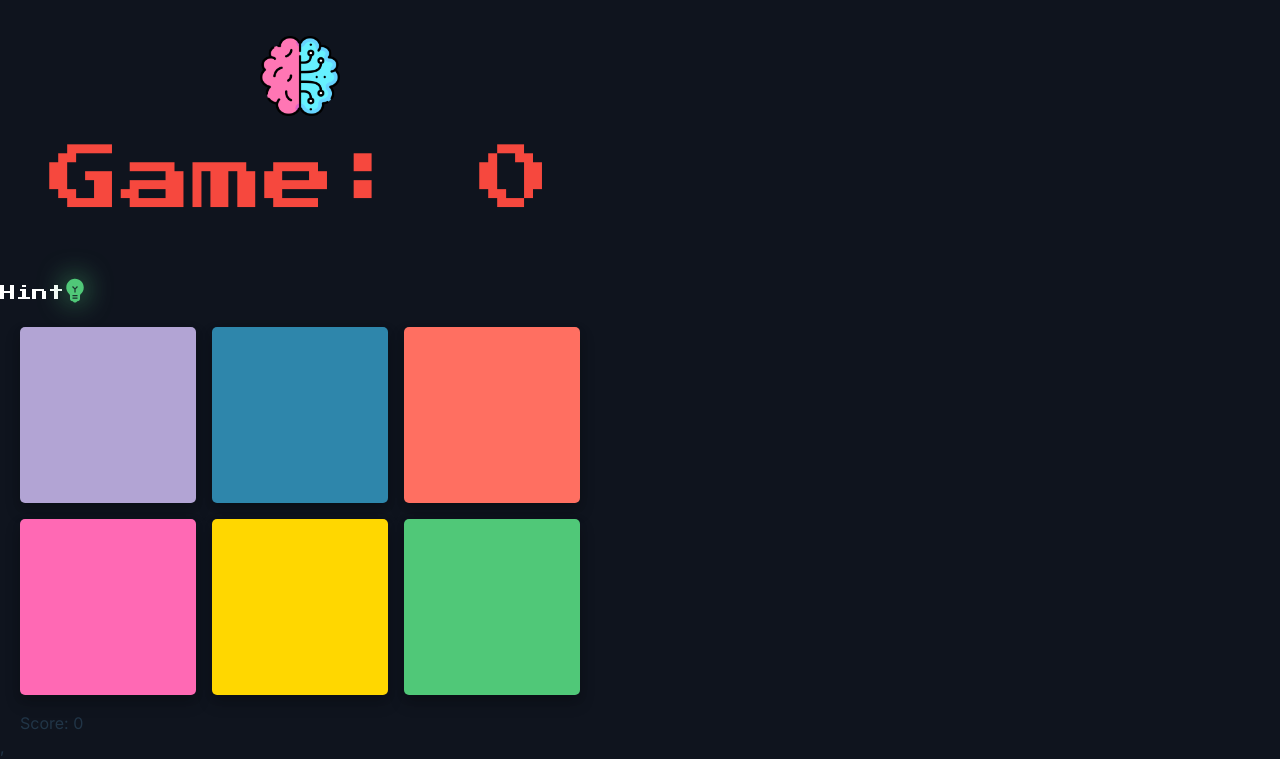
Repository: Shenixo/Color_match_game
Page: /game_play
The author's editor kept a copy of each file at every save. The page is drawn from the files as they stood at one save, then again after a run of saves.
The browser window is 1280 px wide. The pictures show the whole page.
The project was rebuilt for these pictures with package versions that can differ from the ones it lists, and the page was loaded fresh each time. Also part of the build but not shown: vite.config.js, src/Components/Tab/Tab.css, src/Components/Tab/Tab.jsx, src/Pages/Home/Home.jsx, src/Pages/Rules/Rules.css, src/Pages/Rules/Rules.jsx, src/Pages/Sound/Sound.jsx. Imported but missing from the stored project, and not drawn on this page: src/assets/button_clicks.wav, src/assets/game_theme_sound.mp4.

Above is the page before, as saved 2025-02-04 02:16:54.

After the next 4 saves:
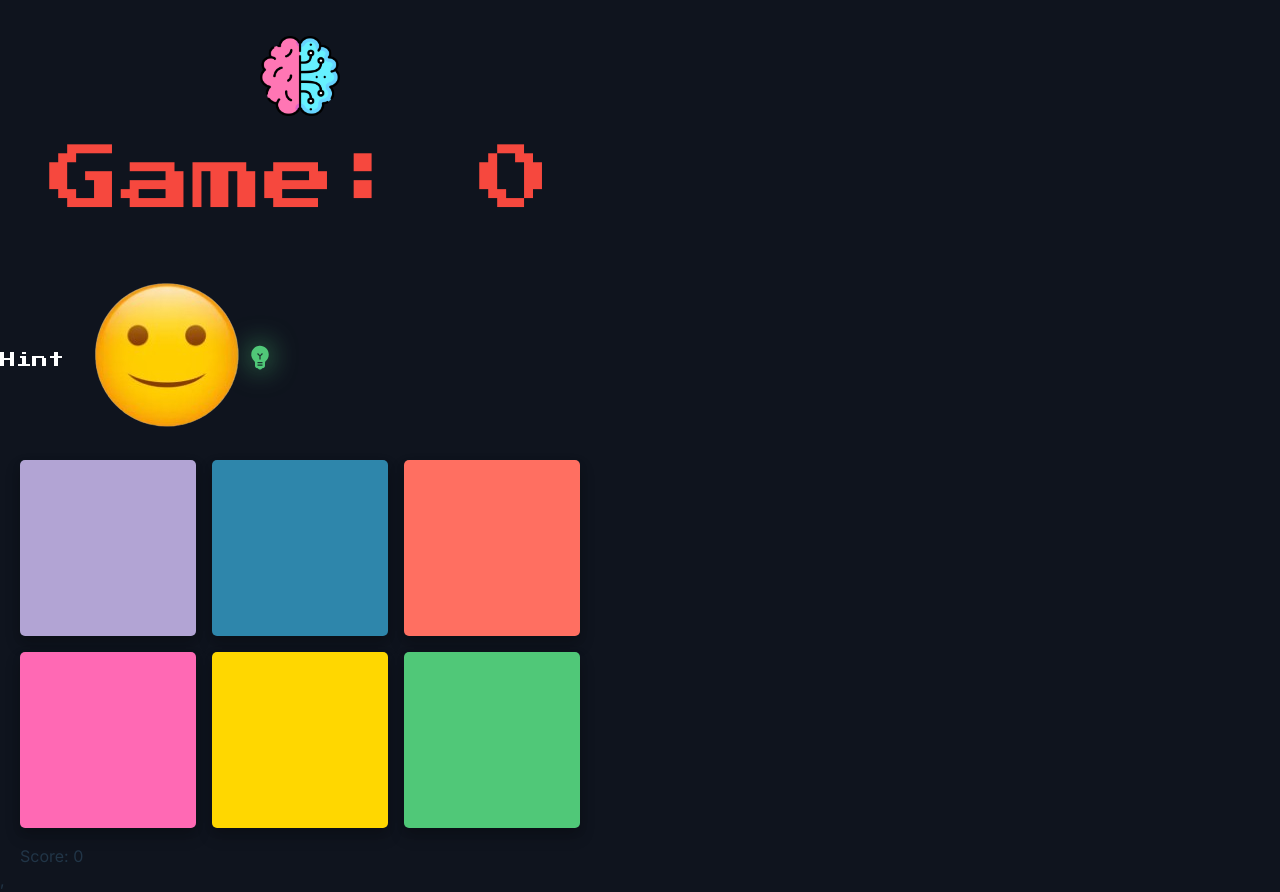
The 4 saves are shown as one change because they came seconds apart.
The last was saved 14 s later.
--- a/src/Components/ScoreNdColorBox/ScoreNdColorBox.jsx
+++ b/src/Components/ScoreNdColorBox/ScoreNdColorBox.jsx
@@ -7,6 +7,7 @@
     <div className="score_nd_color_box">
       <div className="target_card">
         <p>Hint</p>
+        <img src={sadEmoji} alt="" />
         <ChosenColor/>
       </div>
     </div>

After the 3 saves that followed:
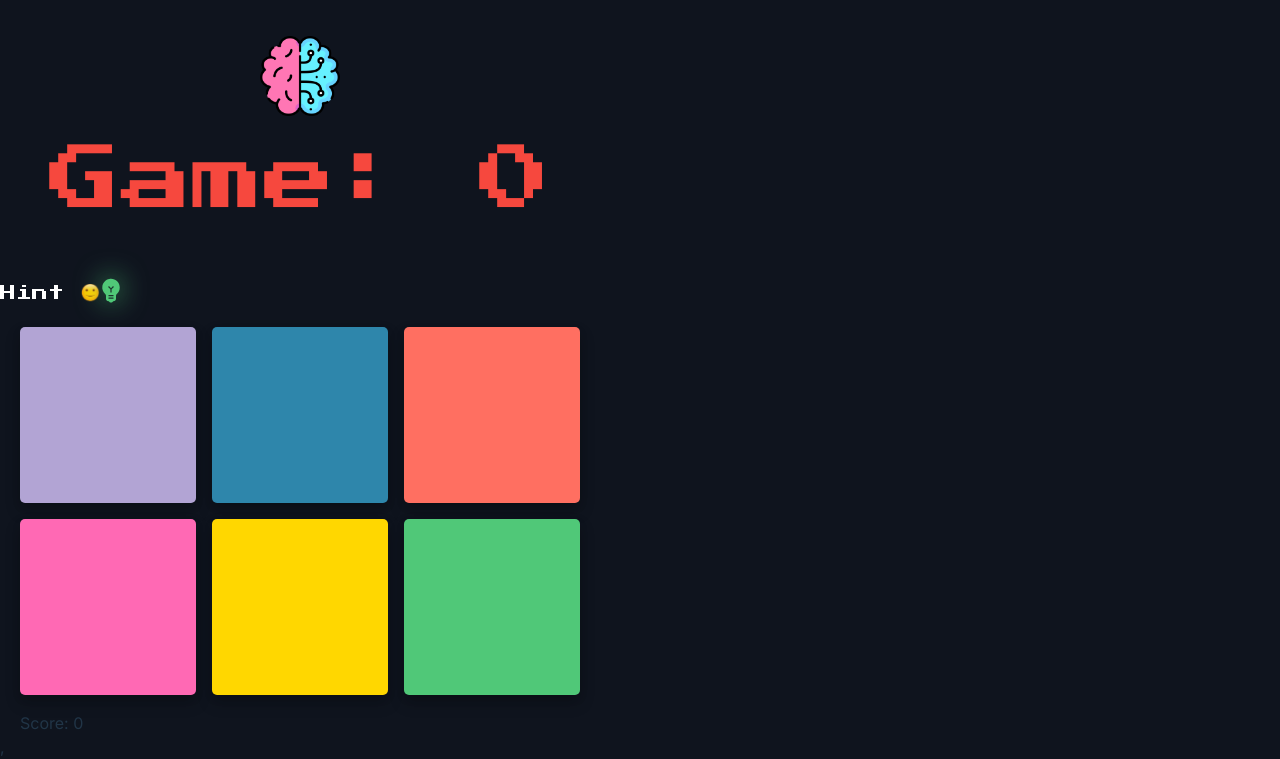
The 3 saves are shown as one change because 1 left the picture as it was and some came seconds apart.
The last was saved 16 s later.
--- a/src/Components/ScoreNdColorBox/ScoreNdColorBox.jsx
+++ b/src/Components/ScoreNdColorBox/ScoreNdColorBox.jsx
@@ -7,7 +7,7 @@
     <div className="score_nd_color_box">
       <div className="target_card">
         <p>Hint</p>
-        <img src={sadEmoji} alt="" />
+        <img src={sadEmoji} width={20} alt="Sad emoji" />
         <ChosenColor/>
       </div>
     </div>
